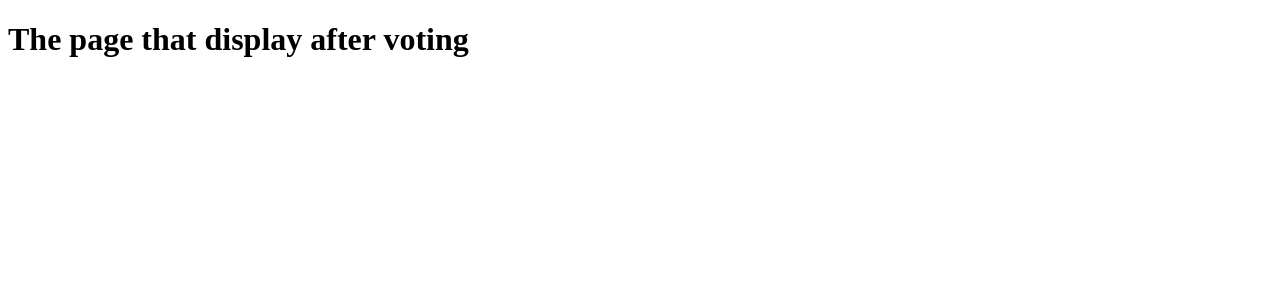
Repository: KD3-86718-yagywalky/Advance-java
Page: http://localhost/Assignment04/vote.jsp
These files come from the project's save history. The page is drawn as it stood at one moment and after the next save; the edit follows.
The browser window is 1280 px wide. The pictures show the whole page.
The page is served by Tomcat 9.

Above is the page before, as saved 2024-12-06 10:34:26.

After the next save:
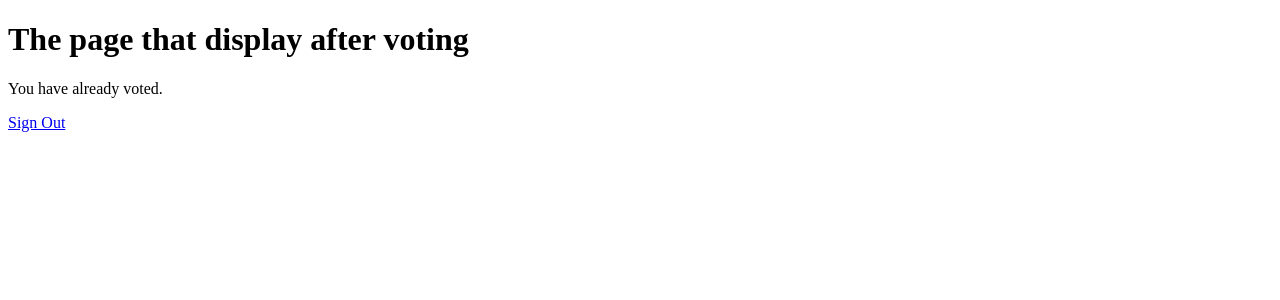
Saved 9 min 38 s later.
--- a/Assignment_04/Assignment04/src/main/webapp/vote.jsp
+++ b/Assignment_04/Assignment04/src/main/webapp/vote.jsp
@@ -1,5 +1,6 @@
 <%@ page language="java" contentType="text/html; charset=ISO-8859-1"
     pageEncoding="ISO-8859-1"%>
+    <%@ taglib prefix="c" uri="http://java.sun.com/jsp/jstl/core" %>
 <!DOCTYPE html>
 <html>
 <head>
@@ -13,5 +14,28 @@
 	<jsp:setProperty name="js" property="candId" param="candidate" />
 	<jsp:setProperty name="js" property="userId" param="lb.u.role" />
 
+	<c:choose>
+	<c:when test="${lb.u.status == 0}">
+	${js.voteSuccess()}
+
+	<c:choose>
+		<c:when test="${vd.success}">
+
+		<p>You have successfully voted.</p>
+			${lb.u.setStatus(1)}
+
+		</c:when>
+		<c:otherwise><p>Your voting attempt failed.</p></c:otherwise>
+	</c:choose>
+	</c:when>
+		<c:otherwise>
+			<p>You have already voted.</p>
+		</c:otherwise>
+	</c:choose>
+
+	<p>
+	<a href="logout.jsp">Sign Out</a>
+	</p>
+
 </body>
 </html>
